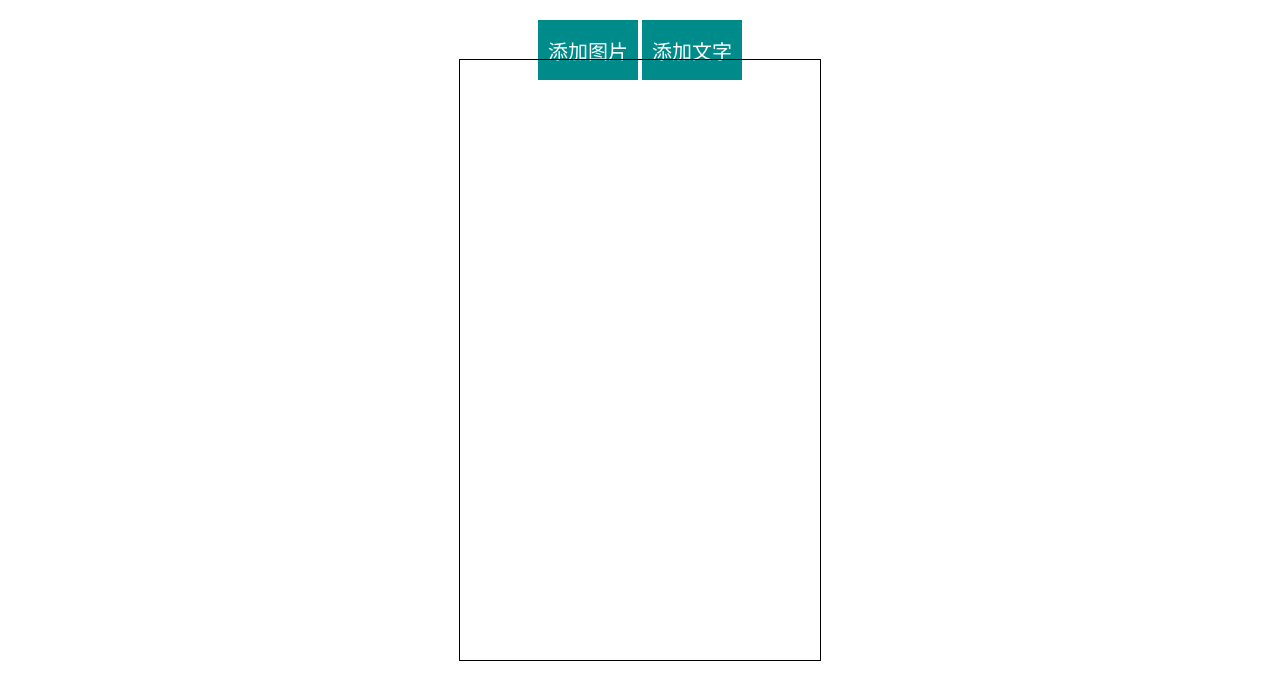
Repository: Xekin-FE/canvas-image-editor
Page: index.html
These files come from the project's save history. The page is drawn as it stood at one moment and after a run of saves; the edit follows.
The browser window is 1280 px wide. The pictures show the whole page.
After loading, the first visible `button` was clicked once.

Above is the page before, as saved 2018-12-14 15:03:13.

### index.html
<!DOCTYPE html>
<html lang="en">
<head>
    <meta charset="UTF-8">
    <meta name="viewport" content="width=device-width, initial-scale=1.0">
    <meta http-equiv="X-UA-Compatible" content="ie=edge">
    <title>小程序</title>
</head>
<link rel="stylesheet" href="./static/css/main.css">
<body>
    <div id="app">
        <canvas id="main" height="600" width="360"></canvas>
        <div class="components">
            <button onclick="addImage();">添加图片</button>
            <button onclick="addText();">添加文字</button>
        </div>
    </div>
    <script src="canvas.min.js"></script>
    <script>
        let can = document.getElementById('main');
        let ctx = can.getContext('2d');
        const addImage = () => {
            let img = new Image()
            img.src = './static/image/test1.jpg'
            ctx.drawImage(img, 0, 0)
            ctx.save();

            console.log('addImage')
        };
        const addText = () => {
            alert('addText')
        };
    </script>
</body>
</html>
<!-- var c = document.getElementById("myCanvas");
c.width=img.width;
c.height=img.height;
var cxt = c.getContext("2d");
cxt.fillStyle = "rgba(255, 255, 255, 0)";
cxt.fillRect(0, 0, c.width, c.height);
cxt.drawImage(img,0,0);
cxt.save();
cxt.font = fsz+"px Arial";
cxt.textBaseline = 'middle';//更改字号后，必须重置对齐方式，否则居中麻烦。设置文本的垂直对齐方式
cxt.textAlign = 'center';
var tw = cxt.measureText(text).width;
var ftop = c.height/2-5;
var fleft = c.width/2;
cxt.fillStyle="#ff0000";
cxt.fillRect(fleft-tw/2,ftop-fsz/2,tw,fsz);//矩形在画布居中方式
cxt.fillStyle="#ffffff";
cxt.fillText(text,fleft,ftop);//文本元素在画布居中方式
cxt.strokeStyle = 'white';
cxt.strokeText(text,fleft,ftop);//文字边框 -->

### static/css/main.css
*{
    padding: 0;
    margin: 0;
}
html,body{
    height: 100%;
}
#app{
    width: 100vw;
    height: 100%;
    position: relative;
}
#app #main{
    border: 1px solid #000;
    position: absolute;
    top: 50%;left: 50%;
    transform: translate(-50%,-50%);
}
#app .components{
    text-align: center;
    padding: 20px;
}
#app .components button{
    width: 100px;
    height: 60px;
    font-size: 20px;
    background: darkcyan;
    color: #fff;
    border: 0;
    outline: none;
}

### canvas.min.js
class Base {
    constructor(opt){
        this.x = opt.x
        this.y = opt.y
        this.zIndex = opt.zIndex //图层
        this.rotate = opt.rotate
        this.opacity = 1
    }
    dragUpdate(start, end){
    // 位置更新
    }
    scaleUpdate(start, end){
    // 缩放更新
    // 角度处理
    // 放大处理
    }
    opacityUpdate(value){
        this.opacity = value
    }
};

class Text extends Base{
    constructor(opt){
        super(opt)
        this.content = '点击编辑文字'
        this.fontSize = '20px'
        this.fontWeight = '400'
        this.fontColor = '#fff'
        this.fontFamily = 'Microsoft Yahei'
        this.isFillBg = false
    }
    initUpdate(){

    }
    update(property, value){
        //一次操作只能更改一种属性
        this[property] = value
    }
};

class Canvas {
    constructor(){
        this.author = 'Xekin'
    }
    createText(){
        console.log('createText')
        var a = new Text()
        a.initUpdate()
    }
    createImage(){
        console.log('createImage')
        var b = new Image()
        b.initUpdate()
    }
};

After the next 2 saves:
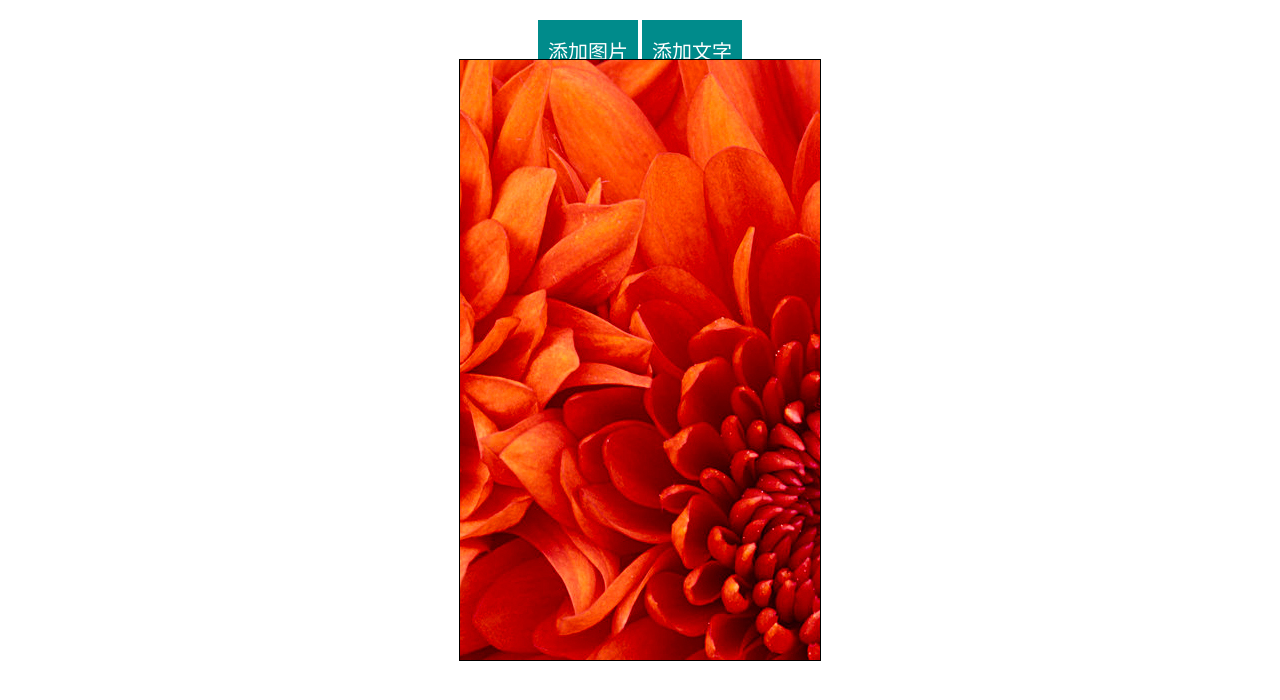
The 2 saves are shown as one change because they came seconds apart.
The last was saved 36 s later.
--- a/index.html
+++ b/index.html
@@ -22,9 +22,10 @@
         const addImage = () => {
             let img = new Image()
             img.src = './static/image/test1.jpg'
-            ctx.drawImage(img, 0, 0)
-            ctx.save();
-
+            img.onload = () => {
+                ctx.drawImage(img, 0, 0)
+                ctx.save();
+            }
             console.log('addImage')
         };
         const addText = () => {
